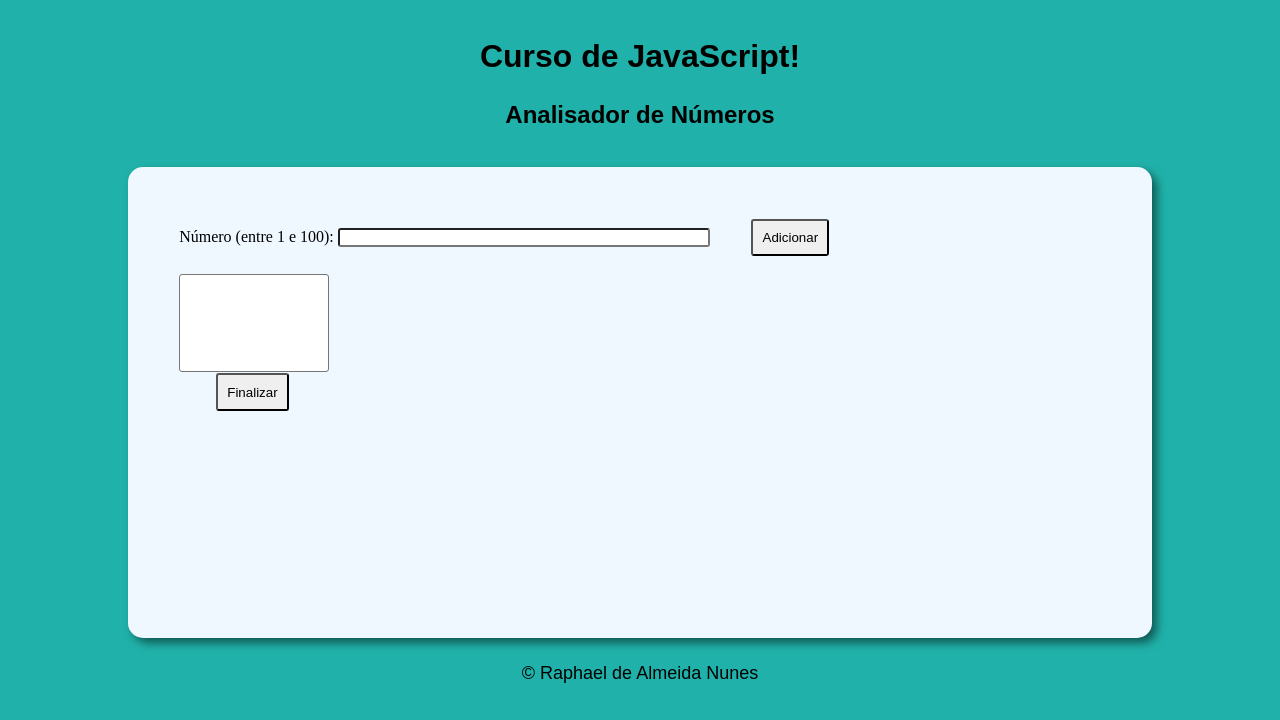
Repository: raphaanunes/codigos
Page: Cursos JavaScript/exercício/analisador de números/analisador.html
These files come from the project's save history. The page is drawn as it stood at one moment and after the next save; the edit follows.
The browser window is 1280 px wide. The pictures show the whole page.

Above is the page before, as saved 2024-08-11 14:24:26.

### Cursos JavaScript/exercício/analisador de números/analisador.html
<!DOCTYPE html>
<html lang="pt-BR">

<head>
    <meta charset="UTF-8">
    <meta name="viewport" content="width=device-width, initial-scale=1.0">
    <title> Analisador de Números </title>

    <link rel="stylesheet" href="analisador.css">


</head>

<body>
    <h1> Curso de JavaScript!</h1>
    <h2> Analisador de Números </h2>

    <section> <!-- aqui comeca a section -->


        <div>

            Número (entre 1 e 100):
            <input type="number" name="fnum" id="fnum">
            <input type="button" id="botao" value="Adicionar" onclick="adicionar()">
            <br><select name="flista" id="flista" size="6"></select>
            <br><input type="button" id="botao" value="Finalizar">

        </div>
        <div id="res">

        </div>
    </section><!-- aqui termina o section -->

    <footer>
        <p> &copy; Raphael de Almeida Nunes </p>
    </footer>
    <script src="analisador.js"></script>
</body>

</html>

### Cursos JavaScript/exercício/analisador de números/analisador.css
@charset "UTF-8";
/* geral */
* {
    padding: 0;
    margin: 0;
}
body {
    background-color: lightseagreen;
    color: black;
}

/* seção  */
section{

    background-color: aliceblue;
    width: 80%;
    height: 10%;
    margin-left: auto;
    margin-right: auto;
    margin-top: 3%;
    border-radius: 15px;
    padding: 0% 0% 5% 0%;
    box-shadow: 5px 5px 10px rgba(0, 0, 0, 0.5);

}
h1 {
    font-family: sans-serif;
    font-size: xx-large;
    text-align: center;
    margin-top: 3%;
    color: black;
}

h2 {
    font-family: sans-serif;
    font-size: x-large;
    text-align: center;
    margin: 2%;
    color: black;
}

p{
    font-family: sans-serif;
    font-size: large;
}

    /* input */

    input{
        width: 40%;
        margin-bottom: 1%;
        border-radius: 3px;
    }

    /* botao*/

input#botao{
        padding: 1%;
        width:fit-content;
        margin-left: 4%;
        border-radius: 3px;
    }

div{
    padding: 5%;
    align-items: center;
    justify-content: center;
}

/* rodape */

footer{
    font-family: 'Franklin Gothic Medium', 'Arial Narrow', Arial, sans-serif;
    text-align: center;
    padding: 1%;
    color: black;

    width: 25%;
    margin-left: auto;
    margin-right:auto ;
    margin-top: 1%;
    border-radius: 15px;
}

select#flista{
    width: 150px;
    margin-left: auto;
    margin-right:auto ;
    margin-top: 1%;
    border-radius: 3px;
}

### Cursos JavaScript/exercício/analisador de números/analisador.js
let num = document.querySelector('input#fnum');
let lista = document.querySelector('select#flista');
let res = document.querySelector('div#res');
let valores = []


function isNumero(n){
    if(Number(n) >= 1 && Number(n) <= 100){
        return true
    } else {
        return false
    }
}

function inLista(n, l){
    if (l.indexOf(Number(n)) != -1){
        return true
    } else {
        return false
    }
}


function adicionar(){
    if(isNumero(num.value) && !inLista(num.value, valores)) {
    } else {
        window.alert('Valor inválido ou já encontrado na lista')
    }
}

After the next save:
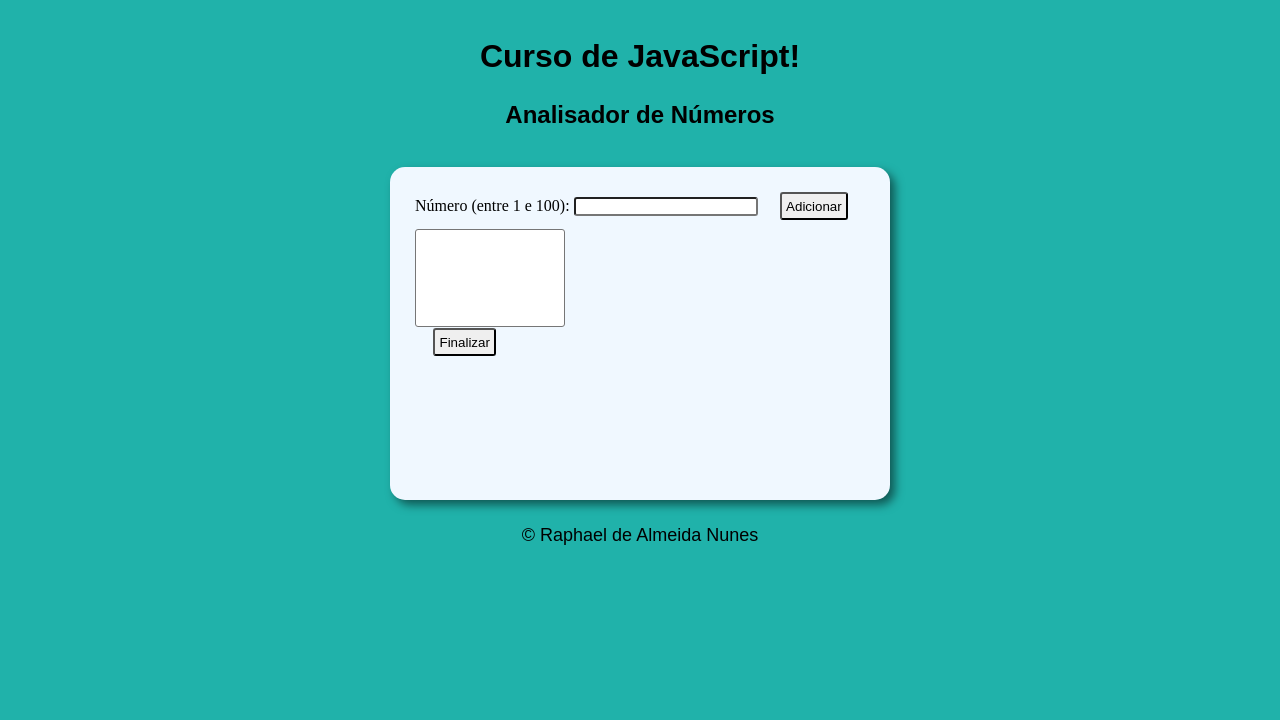
Saved 19 s later.
--- a/Cursos JavaScript/exercício/analisador de números/analisador.css
+++ b/Cursos JavaScript/exercício/analisador de números/analisador.css
@@ -13,7 +13,7 @@ body {
 section{
 
     background-color: aliceblue;
-    width: 80%;
+    width: 500px;
     height: 10%;
     margin-left: auto;
     margin-right: auto;
